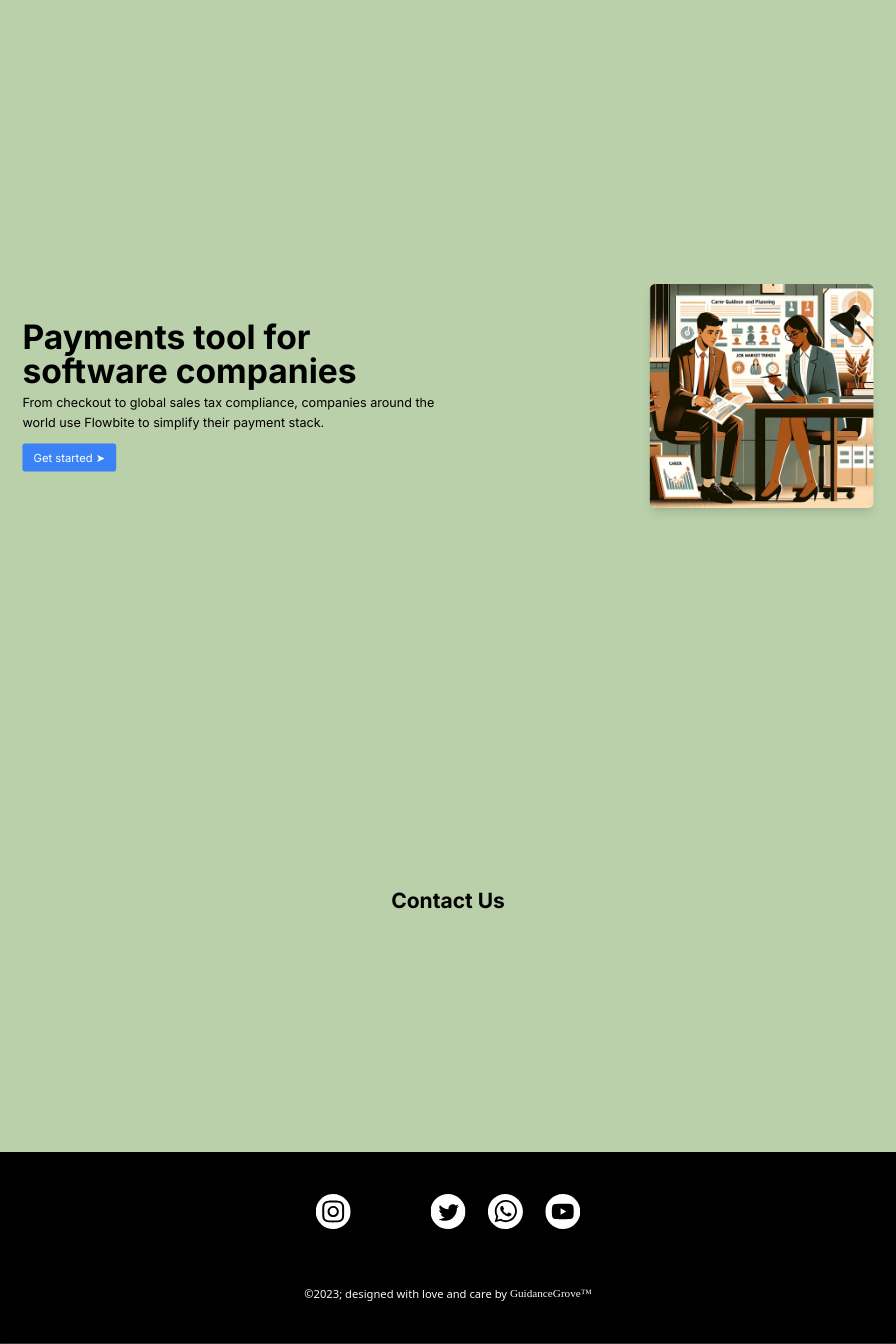
Repository: PositiveGuy/GuidanceGrove
Page: /
The author's editor kept a copy of each file at every save. The page is drawn from the files as they stood at one save, then again after the next save.
The browser window is 1280 px wide. The pictures show the part of the page from y = 1954 to 3874 px (the page is 3874 px tall), at 70% of full size.
The project was rebuilt for these pictures with package versions that can differ from the ones it lists, and the page was loaded fresh each time. The framework's server and built-in components were replaced by stand-ins that run in the browser. Also part of the build but not shown: next.config.js.

Above is the page before, as saved 2023-12-28 11:54:23.

### src/app/layout.tsx
import React from 'react';
import Header from '../components/header';
import Footer from '../components/footer';
import { Inter } from 'next/font/google';
import './globals.css';
import { ThemeContextProvider } from '@/context/ThemeContext';
import ThemeProvider from '@/providers/ThemeProvider';
import ThemeWrapper from '@/components/ThemeWrapper';

//font
const inter = Inter({ subsets: ['latin'] });



//header and footer layout
const RootLayout = ({ children }: { children: React.ReactNode }) => {
  return (
    <html lang='en'>
      <body>
        <ThemeContextProvider>
          <ThemeProvider>
            <Header />
            <ThemeWrapper>
              <main className={inter.className}>{children}</main>
            </ThemeWrapper>
            <Footer />
          </ThemeProvider>
        </ThemeContextProvider>
      </body>
    </html>
  );
};

export default RootLayout;

### src/app/page.tsx
import React from 'react';
//components import
import BelieveSection from '../components/BelieveSection';
import ServicesSection from '../components/ServicesSection';
import TestimonialsSection from '../components/TestimonialsSection';
import CallToActionSection from '../components/CallToActionSection';
import ContactSection from '../components/ContactSection';


//page layout
const Page = () => {
  return (
    <>
      <BelieveSection />
      <ServicesSection />
      <TestimonialsSection />
      <CallToActionSection />
      <ContactSection />
    </>
  );
};

export default Page;

### src/components/header.tsx
"use client"
import ThemeToggle from "./ThemeToggle";


const Header = () => {
  return (
    <nav className="fixed z-50 w-full flex justify-between items-center p-5 bg-black">
      {/* Left Side: Logo and GuidanceGrove™ */}
      <div className="flex items-center space-x-3">
        <img src="/Logo/guidance-grove-logo.png" alt="Guidance Grove Logo" className="h-12 w-12 rounded-full" />
        <div className="text-xl font-caveat font-bold text-white">
          GuidanceGrove™
        </div>
      </div>

      {/* Center: Navigation Links */}
      <div>
        <ul className="flex space-x-4">
          <li><a href="/" className="text-neutral-400 hover:text-white">Home</a></li>
          <li><a href="/about" className="text-neutral-400 hover:text-white">About</a></li>
          <li><a href="/services" className="text-neutral-400 hover:text-white">Services</a></li>
          <li><a href="/contact" className="text-neutral-400 hover:text-white">Contact</a></li>
        </ul>
      </div>

      {/* Right Side: Placeholders for Language, Search, and Dark Mode Toggle */}
      <div className="flex items-center space-x-3">
        <div className="text-white">Language</div>
        <div className="text-white">Search</div>
        <ThemeToggle />
      </div>
    </nav>
  );
};

export default Header;

### src/components/footer.tsx
"use client"
import { ThemeContext } from "@/context/ThemeContext";
import Image from "next/image";
import { useContext } from "react";

const Footer = () => {
  const { theme } = useContext(ThemeContext)
  return (
    <footer className={`p-5 bg-black shadow-inner text-center  `}>
      <div className={`flex justify-center space-x-8 mt-10 `}>
        {/* Placeholder for social icons */}
        <Image src={"/SVGs/ig.svg"} width={50} height={50} alt="ig"></Image>
        <Image src={"/SVGs/fb.svg"} width={50} height={50} alt="fb"></Image>
        <Image src={"/SVGs/tw.svg"} width={50} height={50} alt="tw"></Image>
        <Image src={"/SVGs/wa.svg"} width={50} height={50} alt="wa"></Image>
        <Image src={"/SVGs/yt.svg"} width={50} height={50} alt="in"></Image>
      </div>

      <div className="flex justify-center space-x-1 mb-10 text-teal-50">
        <div className="mt-20">
          ©2023; designed with love and care by
        </div>
        <div className="mt-20 font-caveat">
          GuidanceGrove™
        </div>
      </div>
    </footer>
  );
};
//make GuidanceGrove in font Caveat
export default Footer;

### src/app/globals.css
@tailwind base;
@tailwind components;
@tailwind utilities;

:root {
  --foreground-rgb: 0, 0, 0;
  --background-start-rgb: 214, 219, 220;
  --background-end-rgb: 255, 255, 255;
}

@media (prefers-color-scheme: dark) {
  :root {
    --foreground-rgb: 255, 255, 255;
    --background-start-rgb: 0, 0, 0;
    --background-end-rgb: 0, 0, 0;
  }
}

body {
  color: rgb(var(--foreground-rgb));
  background: linear-gradient(
      to bottom,
      transparent,
      rgb(var(--background-end-rgb))
    )
    rgb(var(--background-start-rgb));
}

.custom-shadow {
    box-shadow: 0 2px 4px rgba(0, 0, 0, 0.2);
}

### src/context/ThemeContext.tsx
"use client"
import { createContext, useState, ReactNode, useEffect } from "react"

interface ChildrenProps {
    children: ReactNode
}

interface ThemeContextType {
    theme: string
    toggle: () => void
}

// This component is responsible to registering and remembering what theme was chosen by the user
// we use local storage for that
export const ThemeContext = createContext<ThemeContextType>({
    theme: "light",
    toggle: () => { },
})

function getFromLocalStorage() {
    if (typeof window === "undefined") {
        return "light";
    }
    const storedTheme = localStorage.getItem("theme");
    console.log("Initial theme from localStorage:", storedTheme); // Debug log
    return storedTheme || "light";
}


export const ThemeContextProvider = ({ children }: ChildrenProps) => {
    const [theme, setTheme] = useState<string>(getFromLocalStorage)

    // since next.js uses server side rendering, we must specify if the transition to client is completed
    const toggle = () => {
        setTheme(prevTheme => prevTheme === "light" ? "dark" : "light");
    };



    useEffect(() => {
        console.log("Updating theme in localStorage to:", theme); // Debug log
        localStorage.setItem("theme", theme);
    }, [theme]);



    return <ThemeContext.Provider value={{ theme, toggle }}>{children}</ThemeContext.Provider>
}

### src/providers/ThemeProvider.tsx
"use client"

import { ThemeContext } from "@/context/ThemeContext"
import { useState, useEffect, useContext, ReactNode } from "react"


interface ChildrenProps {
    children: ReactNode
}

// this component is created to keep the layout/page as server side rendered.
// useContext() requires you to have "use client"

export default function ThemeProvider({ children }: ChildrenProps) {
    const { theme } = useContext(ThemeContext)
    const [mounted, setMounted] = useState(false)

    useEffect(() => {
        setMounted(true)
    }, [])

    if (mounted) {
        return <div className={theme}>{children}</div>
    }
    return <div className={theme}>{children}</div>
}

### src/components/ThemeWrapper.tsx
"use client"
import React, { useContext } from 'react';
import { ThemeContext } from '@/context/ThemeContext';

const ThemeWrapper = ({ children }: { children: React.ReactNode }) => {
    const { theme } = useContext(ThemeContext);

    return (
        <div className={`${theme === "light" ? " bg-sage text-black" : "bg-gray-700 text-slate-400"}`}>
            {children}
        </div>
    );
};

export default ThemeWrapper;

### src/components/BelieveSection.tsx
"use client"
import { ThemeContext } from "@/context/ThemeContext";
import { useContext } from "react";

const BelieveSection = () => {
  const { theme } = useContext(ThemeContext)
  return (
    <div id="believe" className={`h-screen flex items-center justify-center`}>
      <div className="text-center">
        <h2 className="text-3xl font-bold">What We Believe</h2>
        <p className="mt-4">At Guidance Grove, we are dedicated to illuminating the path of learning for every student.
          We believe that education is a journey best navigated with support, understanding, and personalized guidance.
          Our mission is to provide a nurturing environment where learners of all ages and backgrounds
          can discover their potential, overcome challenges, and achieve their academic goals.
          Through a combination of expert tutoring, mentorship, and a commitment to individual growth,
          we strive to empower students to take confident steps towards their future,
          fostering lifelong learners who are equipped to navigate the world with knowledge and curiosity.</p>
      </div>
    </div>
  );
};

export default BelieveSection;

### src/components/ServicesSection.tsx
"use client"
import { ThemeContext } from "@/context/ThemeContext";
import { useContext } from "react";

const ServicesSection = () => {
  const { theme } = useContext(ThemeContext)
  return (
    <div id="services" className={`h-screen flex items-center justify-center  `}>
      <div className="text-center">
        <h2 className="text-3xl font-bold">What We Do</h2>
        {/* Add service details here */}
      </div>
    </div>
  );
};

export default ServicesSection;

### src/components/TestimonialsSection.tsx
"use client"
import { ThemeContext } from "@/context/ThemeContext";
import { useContext } from "react";

const TestimonialsSection = () => {
  const { theme } = useContext(ThemeContext)
  return (
    <div id="testimonials" className={`h-screen flex items-center justify-center   `}>
      <div className="text-center">
        <h2 className="text-3xl font-bold">What People Say</h2>
        {/* Add testimonials here */}
      </div>
    </div>
  );
};

export default TestimonialsSection;

### src/components/CallToActionSection.tsx
"use client"
import { ThemeContext } from "@/context/ThemeContext";
import { useContext } from "react";

const CallToActionSection = () => {
  const { theme } = useContext(ThemeContext)
  return (
    <div id="cta" className={`h-screen flex items-center justify-center  `}>
      <div className="container mx-auto px-4 sm:px-6 lg:px-8">
        <div className="flex flex-wrap -mx-4 items-center">
          <div className="text-left lg:w-1/2 px-4 mb-4 lg:mb-0">
            <h2 className="text-5xl font-bold">Payments tool for software companies</h2>
            <p className="mt-2 text-lg">From checkout to global sales tax compliance, companies around the world use Flowbite to simplify their payment stack.</p>
            <button className="mt-4 bg-blue-500 text-white py-2 px-4 rounded hover:bg-blue-700">
              Get started ➤
            </button>
          </div>
          <div className="lg:w-1/2 px-4 flex justify-center lg:justify-end">
            <img src="DALLE/career.png" alt="Software Payment Tool" className="object-contain lg:object-cover h-80 w-full lg:w-auto rounded-lg shadow-lg" />
          </div>
        </div>
      </div>
    </div>
  );
};

export default CallToActionSection;

### src/components/ContactSection.tsx
"use client"
import { ThemeContext } from "@/context/ThemeContext";
import { useContext } from "react";

const ContactSection = () => {
  const { theme } = useContext(ThemeContext)
  return (
    <div id="contact" className={`h-screen flex items-center justify-center  `}>
      <div className="text-center">
        <h2 className="text-3xl font-bold">Contact Us</h2>
        {/* Add contact form or information here */}
      </div>
    </div>
  );
};

export default ContactSection;

### src/components/ThemeToggle.tsx
"use client"
import { useContext } from 'react'
import { Switch } from '@headlessui/react'
import { ThemeContext } from '@/context/ThemeContext'

export default function Example() {
    const { toggle, theme } = useContext(ThemeContext)

    // Determine if the switch should be on or off based on the current theme
    const isDarkMode = theme === 'dark'

    return (
        <div className="flex items-center justify-center p-6"> {/* Adjusted for centering */}
            <Switch
                checked={isDarkMode}
                onChange={toggle} // Use the toggle function from context
                className={`${isDarkMode ? 'bg-teal-900' : 'bg-teal-700'}
                    relative inline-flex items-center h-6 rounded-full w-11 transition-colors focus:outline-none`}
            >
                <span className="sr-only">Toggle theme</span>
                <span
                    aria-hidden="true"
                    className={`${isDarkMode ? 'translate-x-6' : 'translate-x-1'}
                        inline-block w-4 h-4 transform bg-white rounded-full transition-transform`}
                />
            </Switch>
        </div>
    )
}

### tailwind.config.ts
import type { Config } from 'tailwindcss'

const config: Config = {
  content: [
    './src/pages/**/*.{js,ts,jsx,tsx,mdx}',
    './src/components/**/*.{js,ts,jsx,tsx,mdx}',
    './src/app/**/*.{js,ts,jsx,tsx,mdx}',
  ],
  theme: {
    extend: {
      backgroundImage: {
        'gradient-radial': 'radial-gradient(var(--tw-gradient-stops))',
        'gradient-conic':
          'conic-gradient(from 180deg at 50% 50%, var(--tw-gradient-stops))',

      },
      colors: {
        sage: '#B9D0AA',
      },

      fontFamily: {
        caveat: ['Caveat', 'cursive'],
      },

    },

  },
  plugins: [],
}
export default config

After the next save:
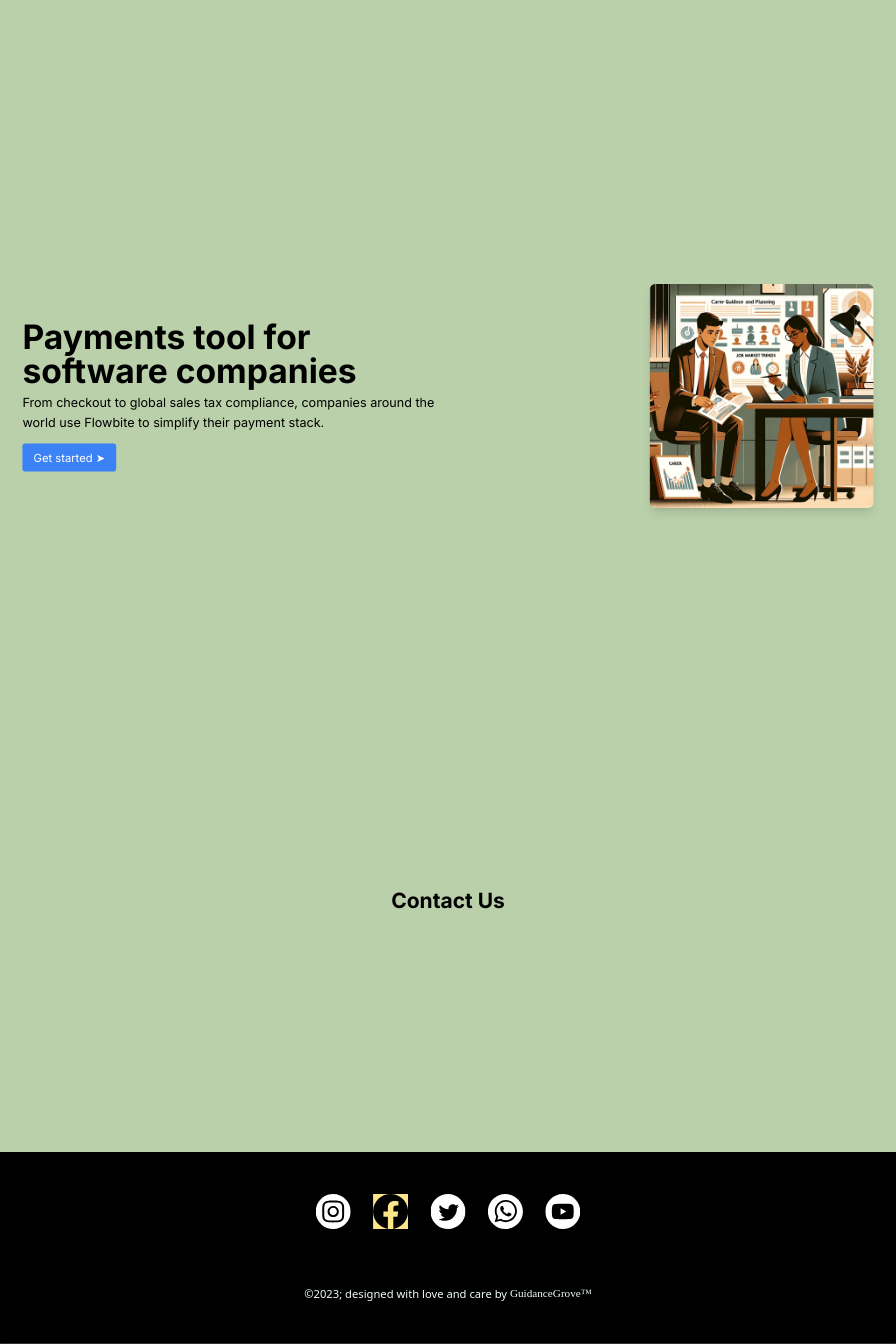
Saved 13 s later.
--- a/src/components/footer.tsx
+++ b/src/components/footer.tsx
@@ -10,7 +10,7 @@
       <div className={`flex justify-center space-x-8 mt-10 `}>
         {/* Placeholder for social icons */}
         <Image src={"/SVGs/ig.svg"} width={50} height={50} alt="ig"></Image>
-        <Image src={"/SVGs/fb.svg"} width={50} height={50} alt="fb"></Image>
+        <Image className="bg-amber-200" src={"/SVGs/fb.svg"} width={50} height={50} alt="fb"></Image>
         <Image src={"/SVGs/tw.svg"} width={50} height={50} alt="tw"></Image>
         <Image src={"/SVGs/wa.svg"} width={50} height={50} alt="wa"></Image>
         <Image src={"/SVGs/yt.svg"} width={50} height={50} alt="in"></Image>
